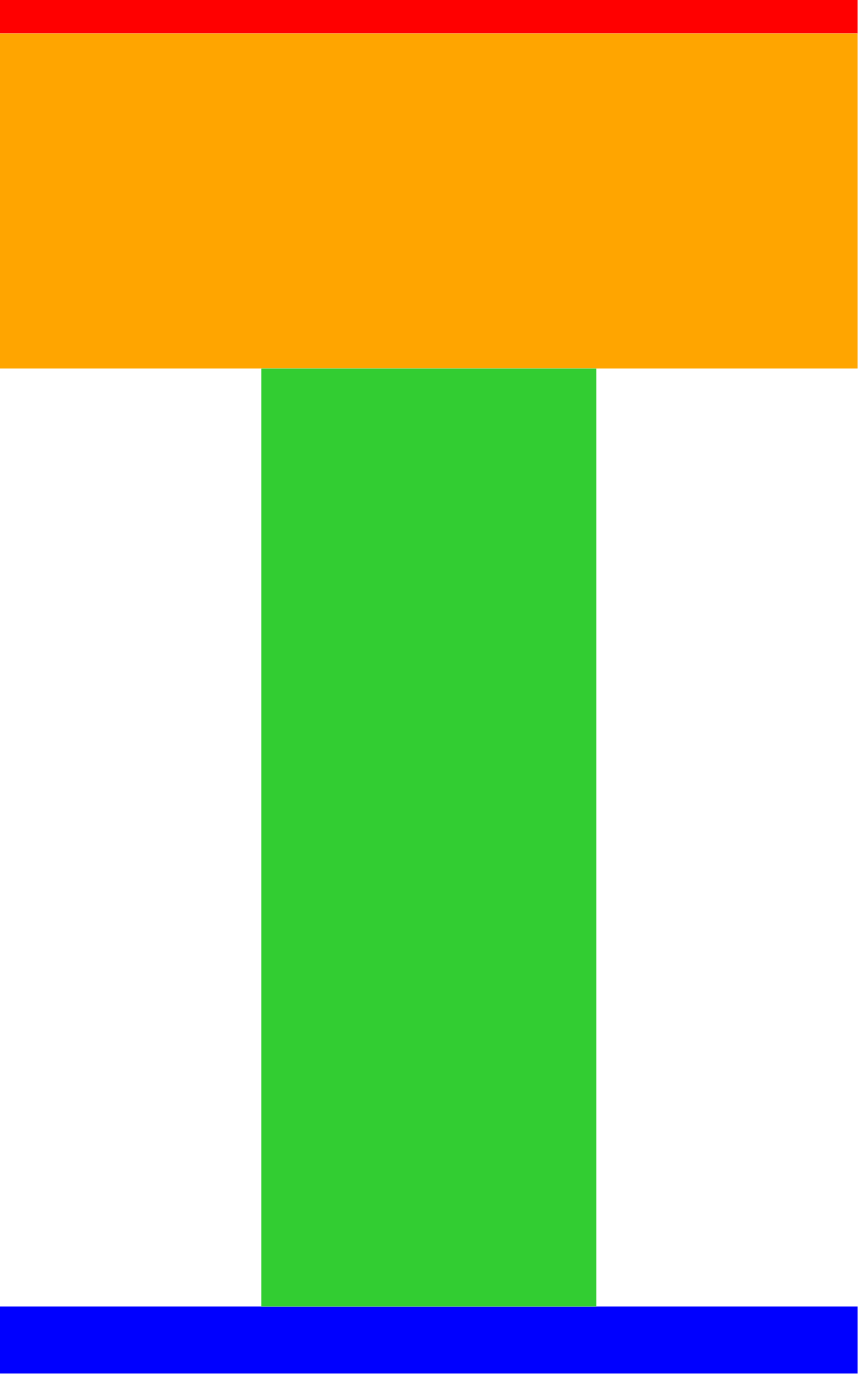
Repository: TsuKou/MainContents
Page: chapter4/index.html
The author's editor kept a record of every edit. The page is drawn from the files as they stood at one moment, then again after the next edit.
The browser window is 1280 px wide. The pictures show the whole page, at 67% of full size.

Above is the page before.

### chapter4/index.html
<!DOCTYPE html>
<html lang="ja">
  <head>
    <meta charset="UTF-8" />
    <link rel="stylesheet" href="style.css" />
    <title>4章演習問題</title>
  </head>

  <body>
    <div class="header"></div>

    <div class="main-visual"></div>

    <div class="main">
     <div class="sidebar-left"></div>
     <div class="blog"></div>
     <div class="sidebar-right"></div>
    </div>

    <div class="footer"></div>

  </body>
</html>

### chapter4/style.css
* {
  margin: 0;
  padding: 0;
  box-sizing: border-box;
}

.header {
  width: 100%;
  height: 50px;
  background-color: red;
}

.main-visual {
  width: 100%;
  height: 500px;
  background-color: orange;
}

.main {
  width: 960px;
  display: flex;
  justify-content: center;
  margin: 0 auto;
}

.blog {
  width: 500px;
  height: 1400px;
  background-color: limegreen;
}

.sidebar1 {
  width: 230pc;
  height: 1400px;
  background-color: palegreen;
}

.sidebar2 {
  width: 230pc;
  height: 1400px;
  background-color: palegreen;
}

.footer {
  width: 100%;
  height: 100px;
  background-color: blue;
}

After the next edit:
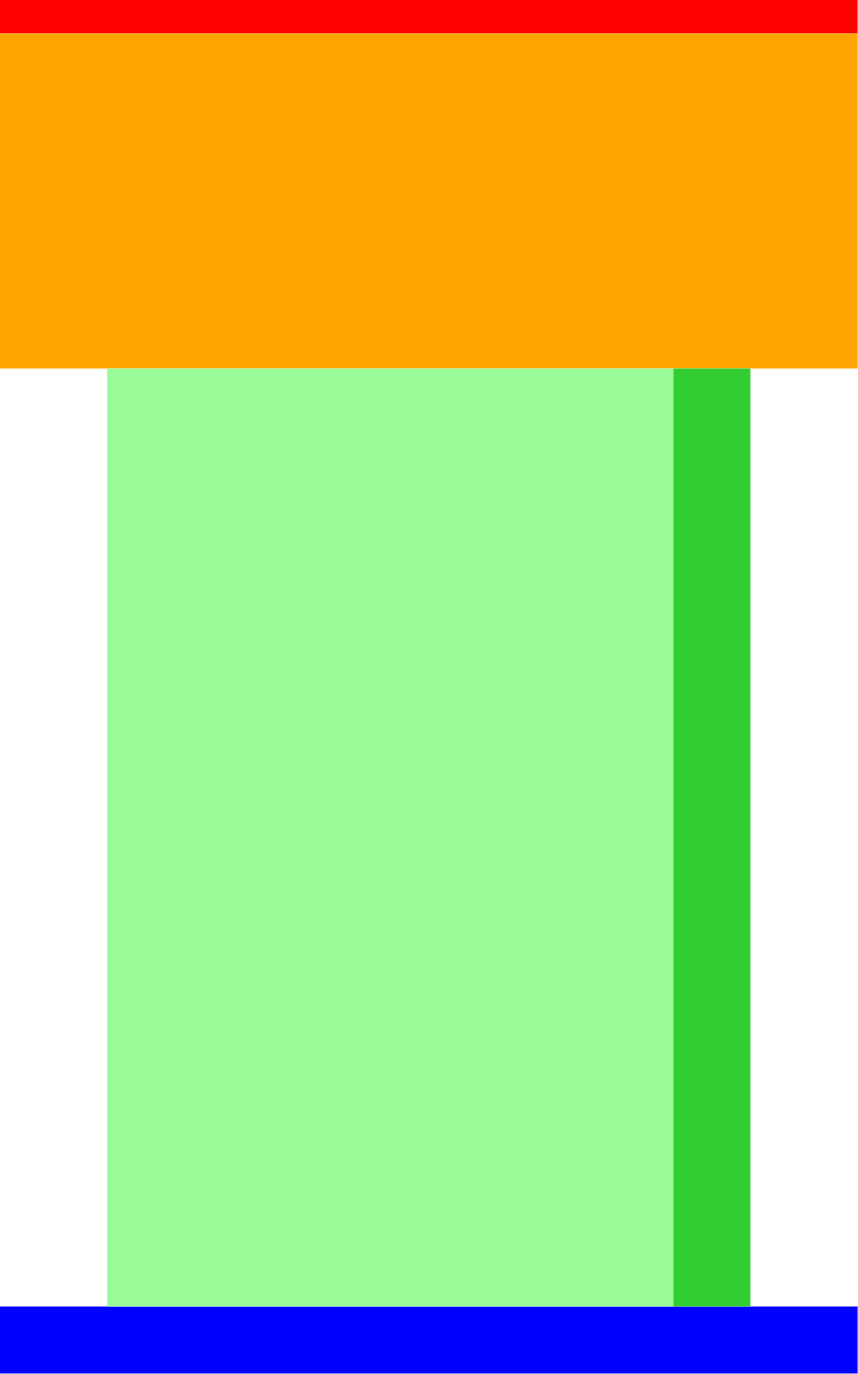
The edit:
--- a/chapter4/style.css
+++ b/chapter4/style.css
@@ -29,7 +29,7 @@
   background-color: limegreen;
 }
 
-.sidebar1 {
+.sidebar-left {
   width: 230pc;
   height: 1400px;
   background-color: palegreen;
